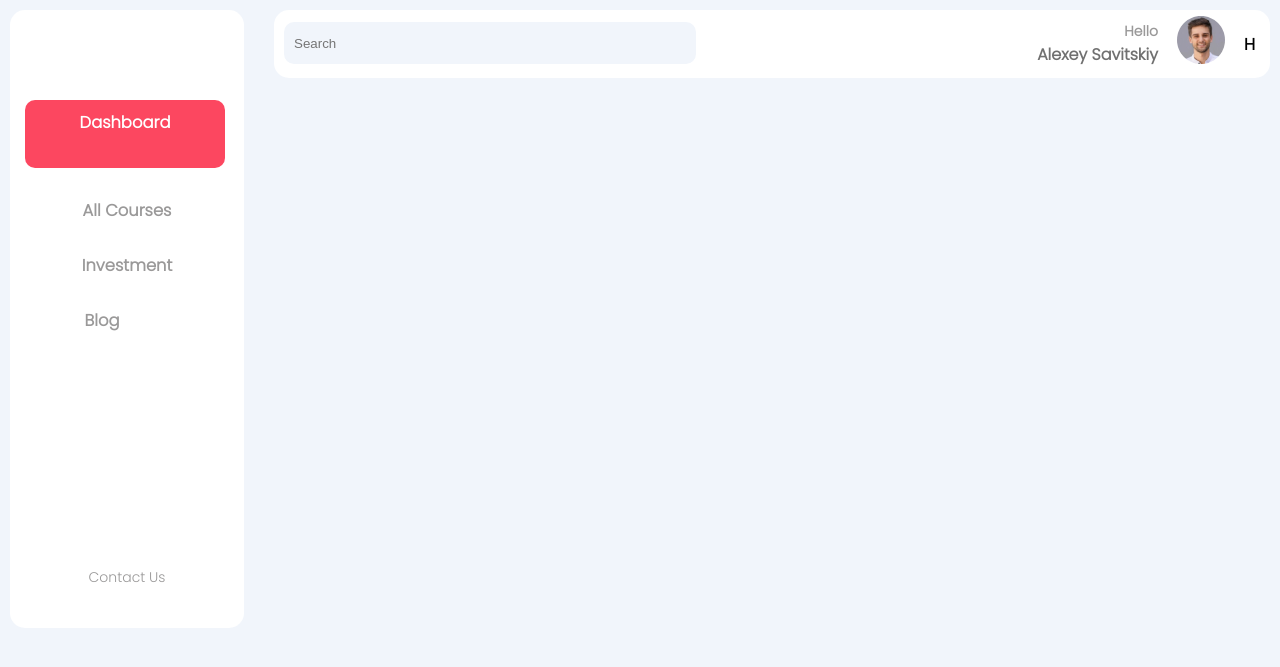
Repository: Anuruddha00/dashboard-design
Page: /
The author's editor kept a copy of each file at every save. The page is drawn from the files as they stood at one save, then again after the next save.
The browser window is 1280 px wide. The pictures show the whole page.
The project was rebuilt for these pictures with package versions that can differ from the ones it lists, and the page was loaded fresh each time.

Above is the page before, as saved 2021-05-07 11:06:51.

After the next save:
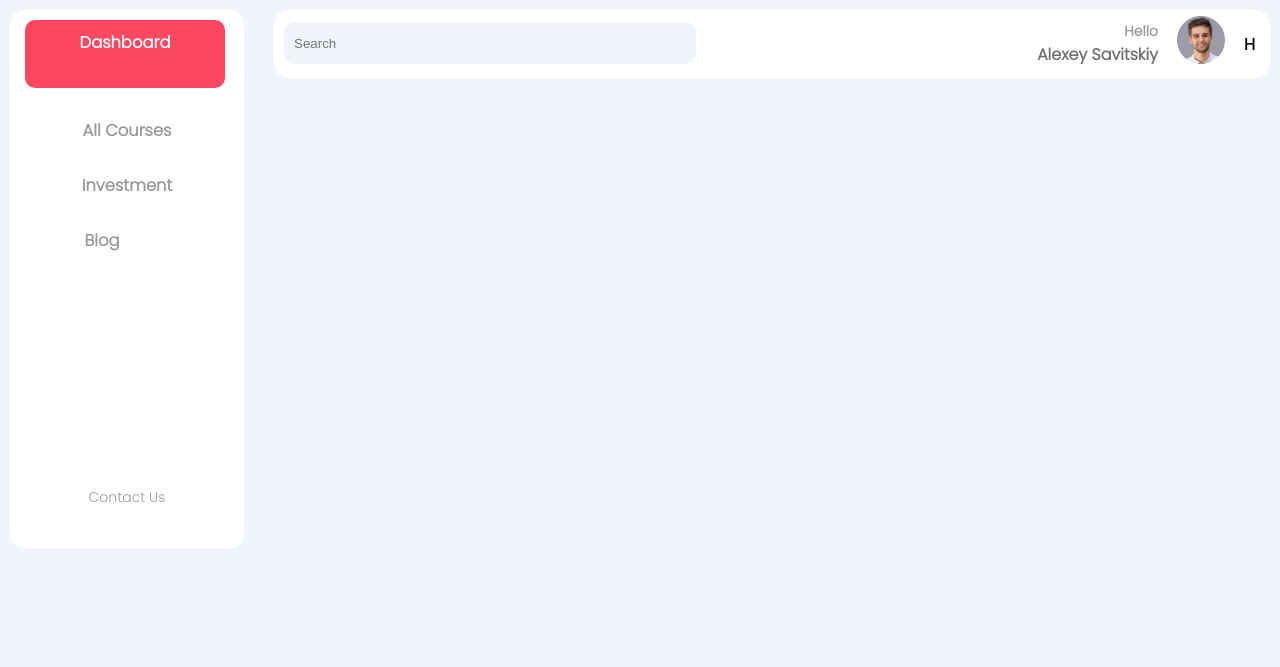
Saved 31 s later.
--- a/src/containers/Dashboard/Dashboard.scss
+++ b/src/containers/Dashboard/Dashboard.scss
@@ -25,7 +25,7 @@ body{
             margin: 10px;
 
             &Title{
-                margin-top: 90px;
+
                 font-size: 14px;
 
                 &Dashboard{

After the save that followed:
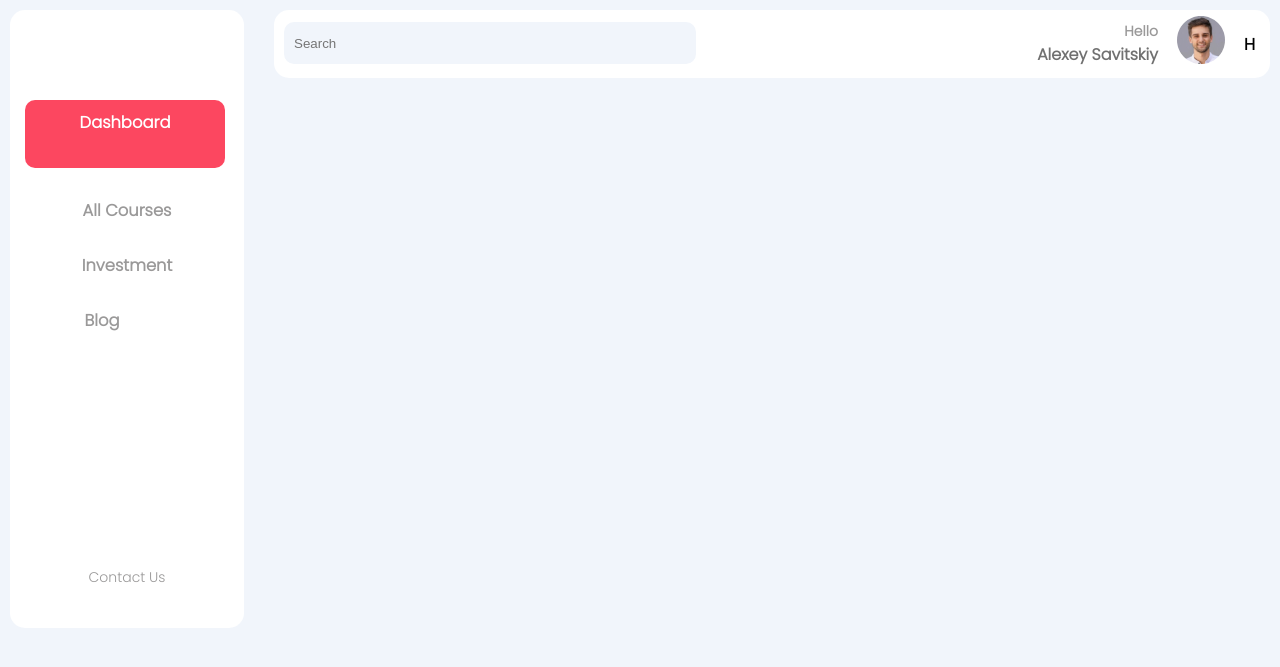
Saved 9 s later.
--- a/src/containers/Dashboard/Dashboard.scss
+++ b/src/containers/Dashboard/Dashboard.scss
@@ -25,7 +25,7 @@ body{
             margin: 10px;
 
             &Title{
-
+                margin-top: 90px;
                 font-size: 14px;
 
                 &Dashboard{
